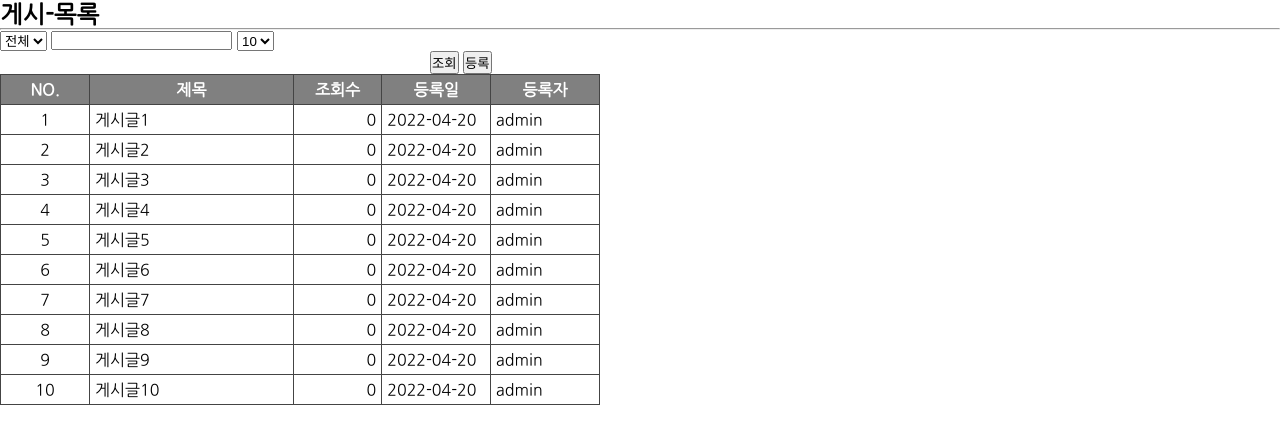
Repository: dongseon-git/WEB_JSP
Page: workspace/studyhtml5/WebContent/template/board_list_test01.html
An editor plug-in stored every save of this project. The page is shown before and after the next save, followed by the edit.
The browser window is 1280 px wide. The pictures show the whole page.

Above is the page before, as saved 2022-05-18 08:06:08.

### workspace/studyhtml5/WebContent/template/board_list_test01.html
<!DOCTYPE html>
<html>
<head>
<meta name="keywords" content="html, css, javascript, jsp" />
<meta name="viewport" content="width=device-width,initial-scale=1.0">
<meta charset="UTF-8">
<link rel="stylesheet" type="text/css" href="/studyhtml5/asset/css/board_20220422.css">

<!--스타일 시트 -->
<style type="text/css">
table {
width:500;
border:1px solid #444444;
}
th,td{
border: 1px solid #444444;
}
tr>th{
text-align: center;
}
div>input{
    position: relative;
    left: 430px;
}

</style>

<title>Insert title here</title>
<!--자바스크립트 코드 -->
<script type="text/javascript">

</script>
</head>
<body>
   <!-- wrap -->
   <div id="wrap">
   <h2>게시-목록</h2>
   <hr/>
   <!-- 검색 -->
   <form action="">
    <label for="searchDiv"></label>
    <select name="searchDiv" id="searchDiv" >
        <option value="">전체</option>
        <option value="10">제목</option>
        <option value="20">내용</option>
    </select>
    <input type="text" name="searchWord"  id="searchWord" size=20>
    <select name="pageSize" id="pageSize">
        <option value="10">10</option>
        <option value="20">20</option>
        <option value="50">50</option>

    </select>
    <div>
    <input type="button" value="조회" id="doRetrieve"  >
    <input type="button" value="등록" id="moveToReg" >
    </div>
   </form>
   <!--// 검색 ------------------------------------------------------------------>

   <!--게시 목록 -->
   <table>
     <thead>
        <tr>
            <th width="80">NO.</th>
            <th width="200">제목</th>
            <th width="80">조회수</th>
            <th width="100">등록일</th>
            <th width="100">등록자</th>
            <th width="80"style="display: none;">순번</th>
        </tr>
     </thead>
     <tbody>
        <tr>
            <td style =text-align:center >1</td>
            <td>게시글1</td>
            <td style =text-align:right>0</td>
            <td>2022-04-20</td>
            <td>admin</td>
            <td style="display: none;">1</td>
        </tr>
        <tr>
            <td style =text-align:center>2</td>
            <td>게시글2</td>
            <td style =text-align:right>0</td>
            <td>2022-04-20</td>
            <td>admin</td>
            <td style="display: none;">2</td>
        </tr>
             <tr>
            <td style =text-align:center>3</td>
            <td>게시글3</td>
            <td style =text-align:right>0</td>
            <td>2022-04-20</td>
            <td>admin</td>
            <td style="display: none;">1</td>
        </tr>
        <tr>
            <td style =text-align:center>4</td>
            <td>게시글4</td>
            <td style =text-align:right>0</td>
            <td>2022-04-20</td>
            <td>admin</td>
            <td style="display: none;">2</td>
        </tr>
        <tr>
            <td style =text-align:center>5</td>
            <td>게시글5</td>
            <td style =text-align:right>0</td>
            <td>2022-04-20</td>
            <td>admin</td>
            <td style="display: none;">2</td>
        </tr>
        <tr>
            <td style =text-align:center>6</td>
            <td>게시글6</td>
            <td style =text-align:right>0</td>
            <td>2022-04-20</td>
            <td>admin</td>
            <td style="display: none;">2</td>
        </tr>
        <tr>
            <td style =text-align:center>7</td>
            <td>게시글7</td>
            <td style =text-align:right>0</td>
            <td>2022-04-20</td>
            <td>admin</td>
            <td style="display: none;">2</td>
        </tr>
        <tr>
            <td style =text-align:center>8</td>
            <td>게시글8</td>
            <td style =text-align:right>0</td>
            <td>2022-04-20</td>
            <td>admin</td>
            <td style="display: none;">2</td>
        </tr>
        <tr>
            <td style =text-align:center>9</td>
            <td>게시글9</td>
            <td style =text-align:right>0</td>
            <td>2022-04-20</td>
            <td>admin</td>
            <td style="display: none;">2</td>
        </tr>
        <tr>
            <td style =text-align:center>10</td>
            <td>게시글10</td>
            <td style =text-align:right>0</td>
            <td>2022-04-20</td>
            <td>admin</td>
            <td style="display: none;">2</td>
        </tr>
     </tbody>
   </table>
   <!--// 게시 목록--------------------------------------------------------------->

   <!-- paging -->

   <!--// paging ---------------------------------------------------------------->

   </div>
   <!--// wrap ---------------------------------------------------------------->
</body>
</html>

### workspace/studyhtml5/WebContent/asset/css/board_20220422.css
@charset "UTF-8";
* {
margin: 0;
padding: 0;
}
  /* web 폰트 */
  @font-face {
     font-family: 'NG';
     src: url('/studyhtml5/font/NanumGothic.woff') format('woff');
  }

  @font-face {
     font-family: 'NGB';
     src: url('/studyhtml5/font/NanumGothicBold.woff') format('woff');
  }


  @font-face {
     font-family: 'NGEB';
     src: url('/studyhtml5/font/NanumGothicExtraBold.woff') format('woff');
  }

  html {
    font-family: NG;
  }
  table {
width: 600px;
border-collapse: collapse;
}
td, th {
border-bottom: 1px solid lightgrey;
padding: 5px;
}
th{
background: gray;
color: #fff;
}
input[type="text"]
input[type="password"]{
  height: auto;
  vertical-align: middle;
}
select{
  height: 20px;
  vertical-align: middle;
}

After the next save:
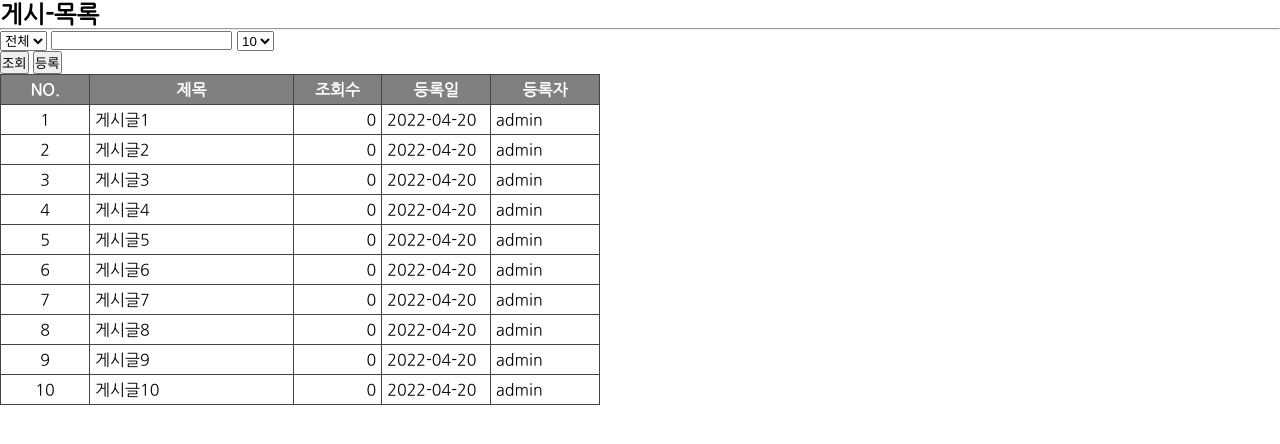
Saved 21 s later.
--- a/workspace/studyhtml5/WebContent/template/board_list_test01.html
+++ b/workspace/studyhtml5/WebContent/template/board_list_test01.html
@@ -20,7 +20,7 @@
 }
 div>input{
     position: relative;
-    left: 430px;
+    text-align: right;
 }
 
 </style>

After the 3 saves that followed:
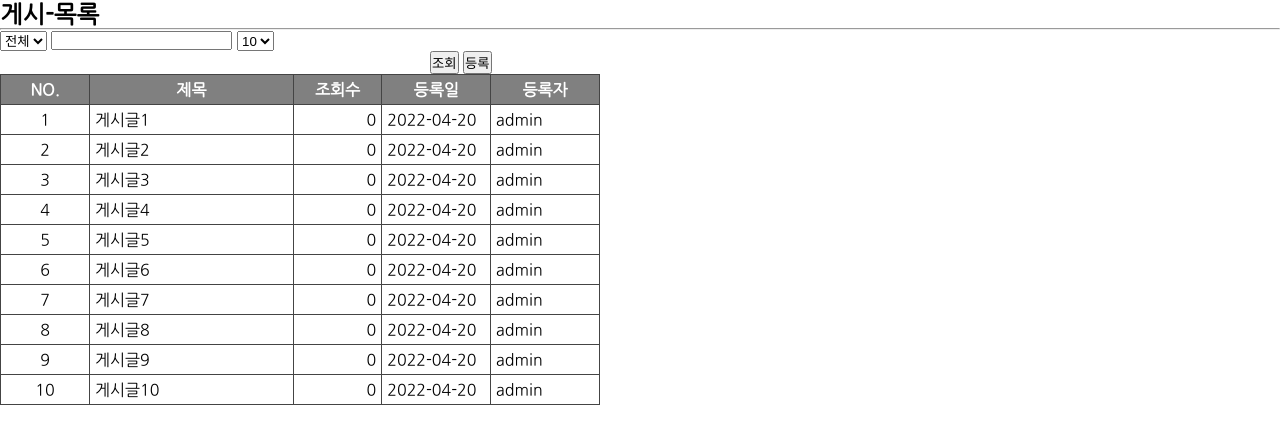
The 3 saves are shown as one change because 2 left the picture as it was.
The last was saved 44 s later.
--- a/workspace/studyhtml5/WebContent/template/board_list_test01.html
+++ b/workspace/studyhtml5/WebContent/template/board_list_test01.html
@@ -20,7 +20,7 @@
 }
 div>input{
     position: relative;
-    text-align: right;
+    left: 430px;
 }
 
 </style>
